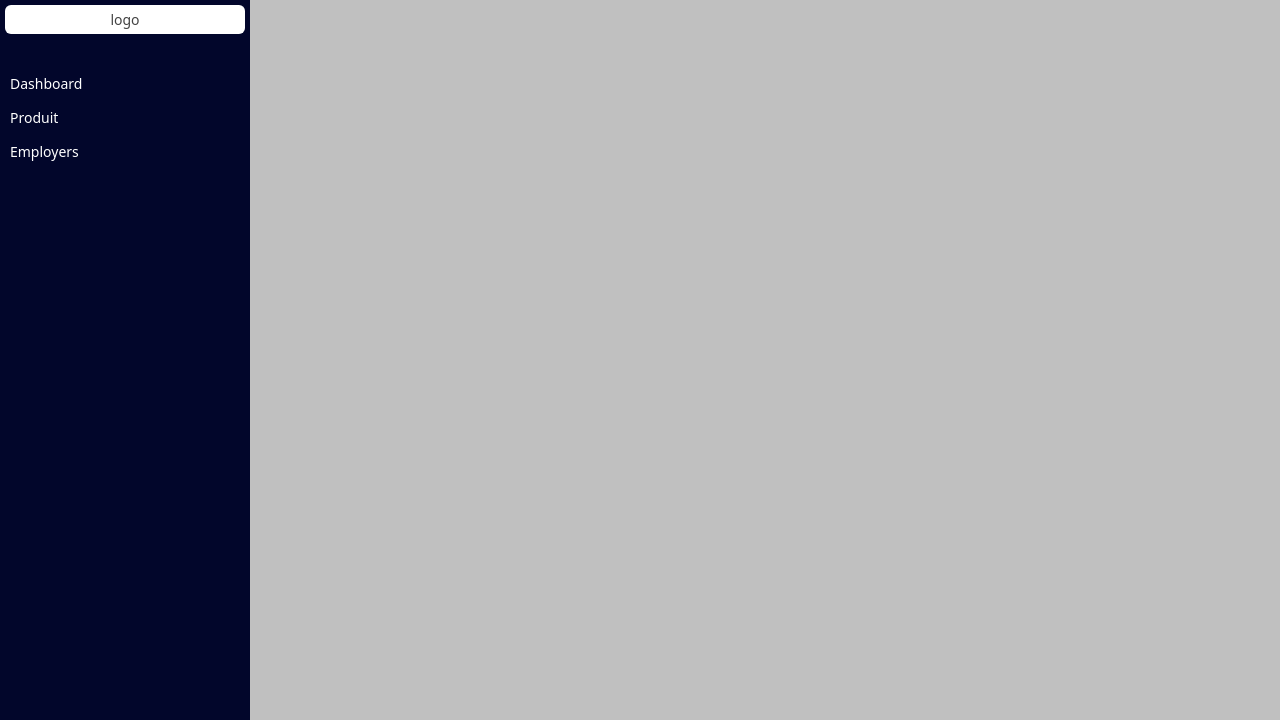
Repository: zpaulange/task_manager
Page: dashboard/index.html
The author's editor kept a copy of each file at every save. The page is drawn from the files as they stood at one save, then again after a run of saves.
The browser window is 1280 px wide. The pictures show the whole page.
The pointer rests on the first visible `.aside_list a`.

Above is the page before, as saved 2025-03-06 10:37:15.

After the next 3 saves:
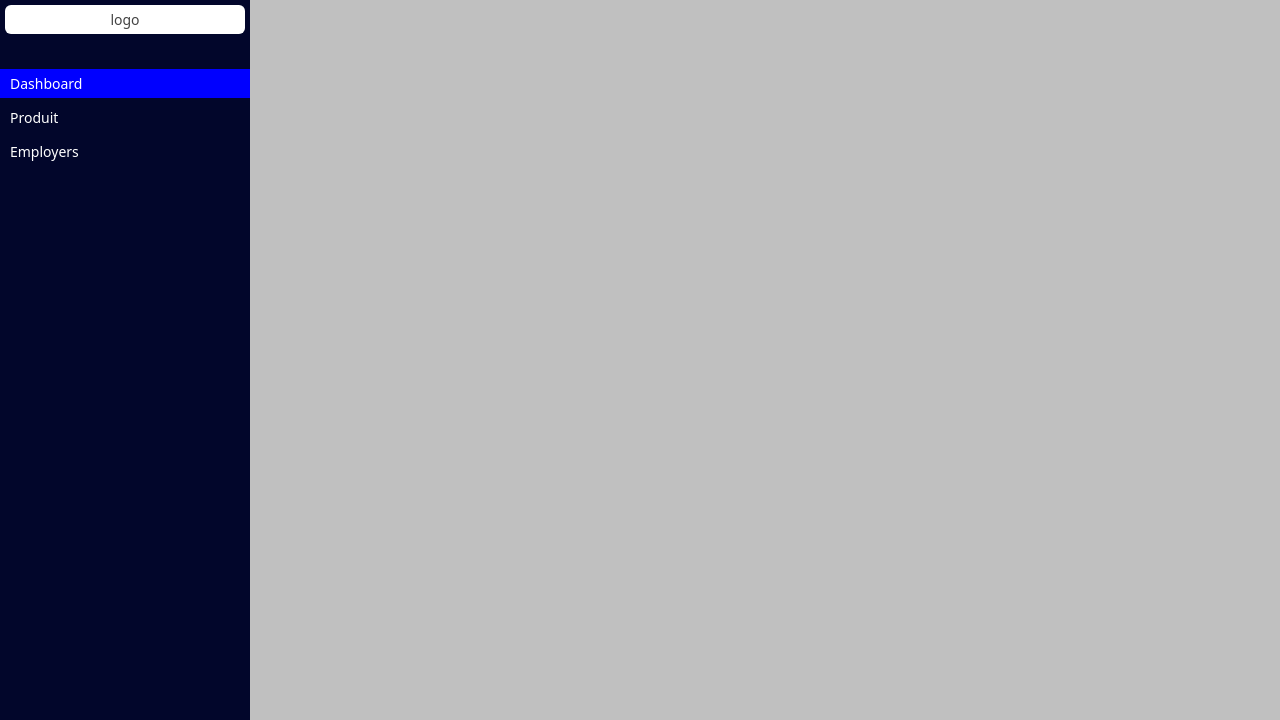
The 3 saves are shown as one change because they came seconds apart.
The last was saved 7 s later.
--- a/assets/styles/dashboard/style.css
+++ b/assets/styles/dashboard/style.css
@@ -58,7 +58,7 @@ ul li{
   transition:.2s;
 }
 .aside_list a:hover{
-
+  background-color: blue;
 }
 .dashboard_right{
   padding-left: 250px;
